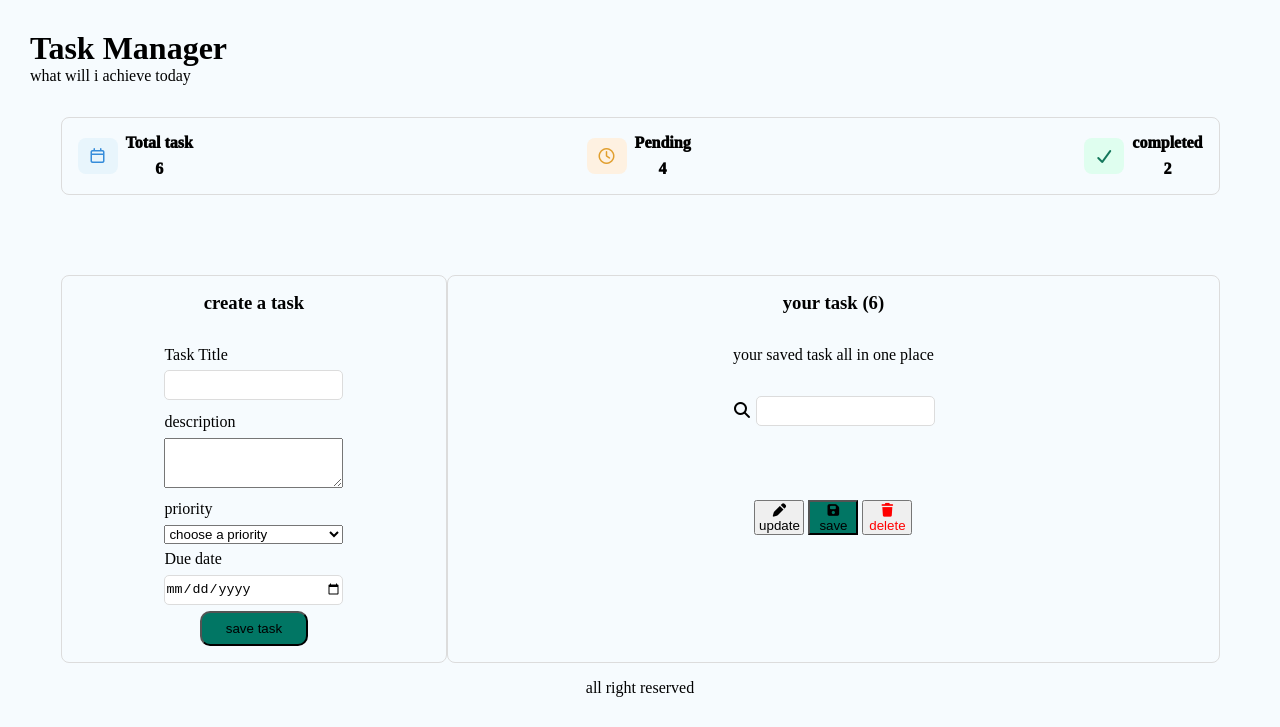
Repository: XDENTERTAINMENT/task-manager-groupwork
Page: index.html
These files come from the project's save history. The page is drawn as it stood at one moment and after the next save; the edit follows.
The browser window is 1280 px wide. The pictures show the whole page.

Above is the page before, as saved 2026-10-30 21:36:32.

### index.html
<!doctype html>
<html lang="en">
  <head>
    <meta charset="UTF-8" />
    <meta name="viewport" content="width=device-width, initial-scale=1.0" />
    <title>Personal-Task-Manager</title>
    <link
      rel="stylesheet"
      href="https://cdnjs.cloudflare.com/ajax/libs/font-awesome/7.3.1/css/all.min.css"
      integrity="sha512-QeR2VH+lsBE5LSAe1Q5EnTBbe7XTBubt8dG93Y7gidSgdMCr8nVqKcfKAMyN96SV8KDbZVTDXChatu5G2KQGzg=="
      crossorigin="anonymous"
      referrerpolicy="no-referrer"
    />
    <link rel="stylesheet" href="style.css" />
  </head>
 <body>
    <header>
      <h1>Task Manager</h1>
      <p>what will i achieve today</p>
    </header>
    <!-- the main -->
    <main>
      <section class="section1">
        <div>
          <div class="icon1"><i class="fa-regular fa-calendar"></i></div>
          <div class="section-1-child">
            <p>Total task</p>
            <p id="total-task">6</p>
          </div>
        </div>

        <div>
          <div class="icon2"><i class="fa-regular fa-clock"></i></div>
          <div class="section-1-child">
            <p>Pending</p>
            <p id="pending-task">4</p>
          </div>
        </div>

        <div>
          <div class="icon3"><i class="fa-solid fa-check"></i></div>
          <div class="section-1-child">
            <p>completed</p>
            <p id="completed-task">2</p>
          </div>
        </div>
      </section>

      <!-- section 2 -->
      <section class="section2">
        <!-- the create task section -->
        <div class="create-tax">
          <h3>create a task</h3>

          <form id="taskform">
            <label for="tasktitle">
              Task Title
            </label>
            <input type="text" id="taskTitle" />
            <p  class="errormsg" id="titleError"></p>

            <label for="taskdesc">
              description
            </label>
            <textarea class="textarea" id="taskDesc"></textarea>
            <p  class="errormsg"  id="descError"></p>

            <label for="priority">
              priority
            </label>
            <select id="choose">
                <option value="">choose a priority</option>
                <option value="High">High</option>
                <option value="Medium">Medium</option>
                <option value="low">low</option>
              </select>

            <label for="date">
              Due date
            </label>
            <input id="dateId" type="date"/>

            <button    type="submit"   class="form-button" >save task</button>
          </form>
        </div>

        <!-- task mapping -->

        <div class="task-mapping">
          <h3>your task (6)</h3>
          <p>your saved task all in one place</p>
          <div>
            <i class="fa-solid fa-magnifying-glass"></i>
            <input type="search" />
          </div>

          <!-- the card -->
          <div class="card">
            <!-- <input type="checkbox" /> -->
            <div id="container"  class="containers"></div>

          </div>
          <!-- the inline editing -->
          <div class="inline-button">
            <button>
              <div><i class="fa-solid fa-pen"></i></div>
              update
            </button>
            <button class="save">
              <div><i class="fa-solid fa-floppy-disk"></i></div>
              save
            </button>
            <button class="delete">
              <div class="trash"><i class="fa-solid fa-trash"></i></div>
              delete
            </button>
          </div>
        </div>
      </section>
    </main>

    <!-- the footer -->
    <footer>all right reserved</footer>

    <script src="script.js"></script>
  </body>
</html>

### style.css
* {
  margin: 0;
  padding: 0;
  box-sizing: border-box;
}

body {
  background-color: #f6fbfe;
  padding: 30px;
}

section {
  width: 95%;
}

main {
  display: flex;
  flex-direction: column;
  align-items: center;
}

.section1 {
  display: flex;
  flex-direction: row;
  justify-content: space-between;
  margin-top: 2rem;
   border: 1px solid gainsboro;
  padding: 1rem;
  border-radius: 8px;
}

.section2 {
  display: flex;
  justify-content: space-between;
  margin-top: 5rem;
}
/* .section2 div{
 background-color:#fdfdfd;
} */

input {
  border-radius: 5px;
  height: 30px;
   border: 1px solid gainsboro;
}

.textarea{
    height: 50px;
   overflow-y: auto;
  white-space: pre-wrap;
}
form {
  display: grid;
  gap: 0.4rem;
}

.form-button {
  display: flex;
  flex-direction: column;
  background-color: #017664;
  border-radius: 10px;
  width: 60%;
  justify-content: center;
  height: 35px;
  align-items: center;
  justify-self: center;
}

.save {
  background-color: #017664;
}

.inline-button {
  padding: 10px;
}
.inline-button button {
  height: 35px;
  width: 50px;
}


.task-container {
  display: grid;
}

.task-mapping {
  align-items: center;
  display: flex;
  flex-direction: column;
  gap: 2rem;
  border: 1px solid gainsboro;
  padding: 1rem;
  border-radius: 8px;
  width: 70%;
}

.create-tax {
  align-items: center;
  display: flex;
  flex-direction: column;
  gap: 2rem;
  border: 1px solid gainsboro;
  padding: 1rem;
  border-radius: 8px;
  width: 35%;
}

.section1 div {
  display: flex;
  gap: 0.5rem;
  border-radius: 8px;
  font-weight: 1000;
  align-items: center;
}



.section-1-child {
  display: flex;
  flex-direction: column;
}

.icon1 {
  background-color: #e8f5fc;
  color: #358cda;
  padding: 10px;
}

.icon2 {
  background-color: #fef1e1;
  color: #e19f2e;
  padding: 10px;
}
.icon3 {
  background-color: #dffeef;
  color: #13775b;
  padding: 10px;
}

.trash{
    color:red;
}
.delete{
    color:red;
}

.containers{
 display: grid;
 grid-template-columns: repeat(2,1fr);
 gap:1px;
 background-color: red;
 width: 100%;
 align-items: center;

}

.taskmapping{
  background-color:#017664;
  display: grid;
 grid-template-columns: repeat(2,1fr);
 gap:1px;
 border: 1px solid gainsboro;
 padding: 10px;
 text-align: center;
  width: 100%;

}



.taskmapping div{
  width: 100%;
  background-color:black;
}
/* task card data */

.title{

  border: 1px solid gainsboro;
}
.description{
 border: 1px solid gainsboro;
}
.priority{
border: 1px solid gainsboro;
}
.date{
border: 1px solid gainsboro;
}


footer {
  margin-top: 1rem;
  text-align: center;
}


.errormsg{
  color:red;
}

/* mobile styling */

@media (max-width: 600px) {
   header{
      text-align: center;
   }
  .section1 div {
  display: flex;
  flex-direction:column ;
}

  .section2 {
    display: flex;
    flex-direction: column;
  }

  .create-tax {
    width: 100%;
    align-items: center;
  }

  .task-mapping {
    margin-top: 20px;
    width: 100%;
    align-items: center;
  }



}

### script.js
const taskForm = document.getElementById("taskform");
const taskTitleInput = document.getElementById("taskTitle");
const taskDescInput = document.getElementById("taskDesc");
const titleError = document.getElementById("titleError");
const descError = document.getElementById("descError");
const choose = document.getElementById("choose");
const  date  = document.getElementById("dateId");
const container = document.getElementById("container");

const handleSubmit = (e) => {
  e.preventDefault();

  const task = {
    titles: taskTitleInput.value.trim(),
    description: taskDescInput.value.trim(),
    level: choose.value,
    time:date.value,
  };

  console.log(task);

  const { titles, description } = task;

  titleError.textContent = "";
    descError.textContent = "";

  if (titles === "") {
    titleError.textContent = "input can not be empty";
  } else if (titles.length < 5) {
    titleError.textContent = "characters should not be less than 5";
  } else if (description === "") {
    descError.textContent = " input can not be empty";
  } else if (description.length < 10) {
    descError.textContent = "characters should not be less than 10";
  } else {
    saveTask(task);
  renderTask();
  }

    /*taskForm.reset()*/

};

function saveTask(task) {
  const tasks = JSON.parse(localStorage.getItem("Mytask")) || [];
  tasks.push(task);
  localStorage.setItem("Mytask", JSON.stringify(tasks));
}

function getTask() {
  return JSON.parse(localStorage.getItem("Mytask")) || [];
}

function clearData(){
  localStorage.clear(task);
}

function renderTask() {
  const render = getTask();

  const validTasks = render.filter(data => data !== null);

  container.innerHTML = validTasks.map(data => `<div class="taskmapping">
   <div>
   <p>Title</p>
    <h3 class=title>${data.titles}</h3>
    </div>
   <div>
   <p>Description</p>
    <p class="description">${data.description}</p>
   </div>
   <div>
   <p>Priority</p>
    <p  class="priority">${data.level}</p>
   </div>
   <div>
   <p>Due date</p>
    <p  class="date">${data.time}</p>
   </div>




  </div>`).join("");
  return validTasks;
}


console.log(renderTask)
taskForm.addEventListener("submit", handleSubmit);

After the next save:
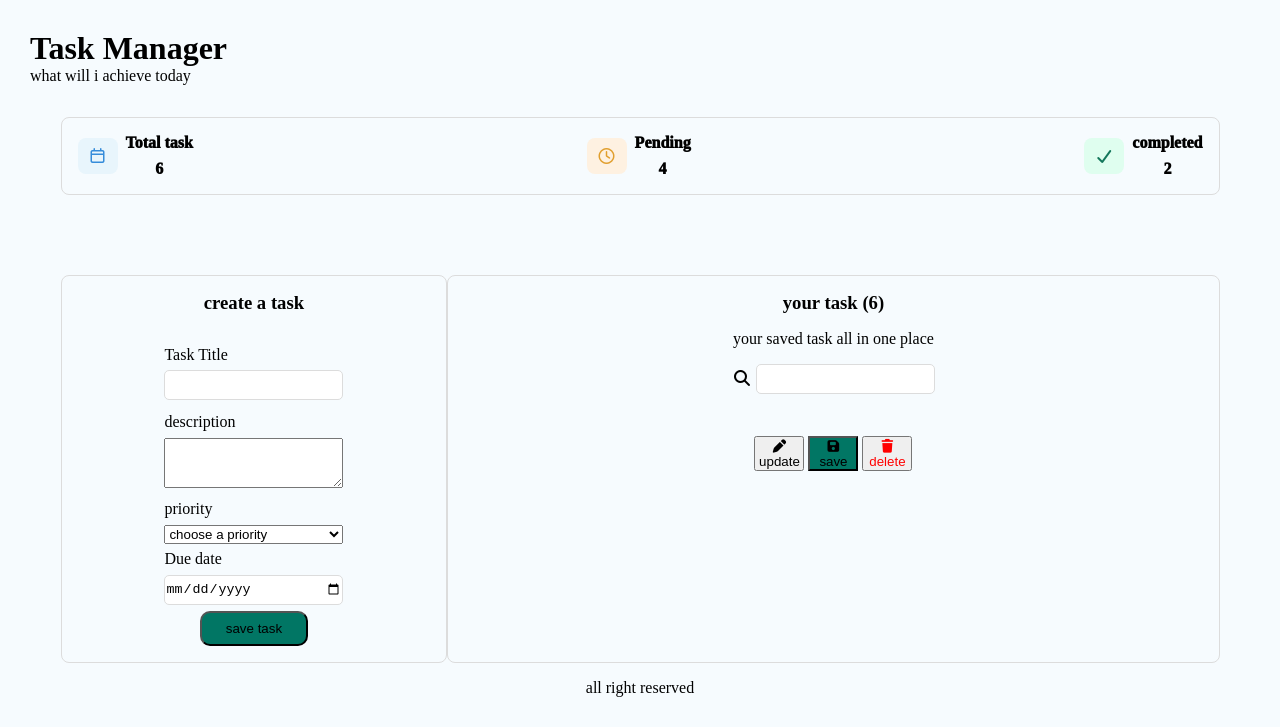
Saved 5 s later.
--- a/style.css
+++ b/style.css
@@ -87,7 +87,7 @@
   align-items: center;
   display: flex;
   flex-direction: column;
-  gap: 2rem;
+  gap: 1rem;
   border: 1px solid gainsboro;
   padding: 1rem;
   border-radius: 8px;

After the save that followed:
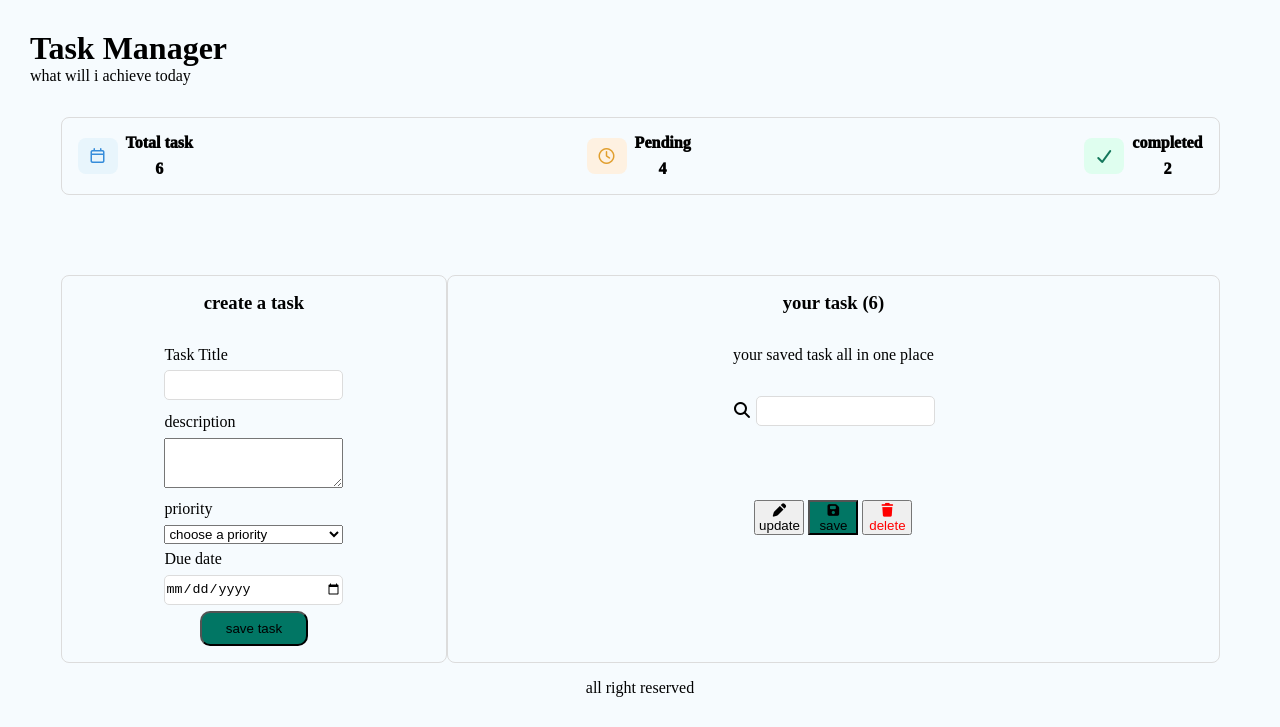
Saved 43 s later.
--- a/style.css
+++ b/style.css
@@ -87,7 +87,7 @@
   align-items: center;
   display: flex;
   flex-direction: column;
-  gap: 1rem;
+  gap: 2rem;
   border: 1px solid gainsboro;
   padding: 1rem;
   border-radius: 8px;
